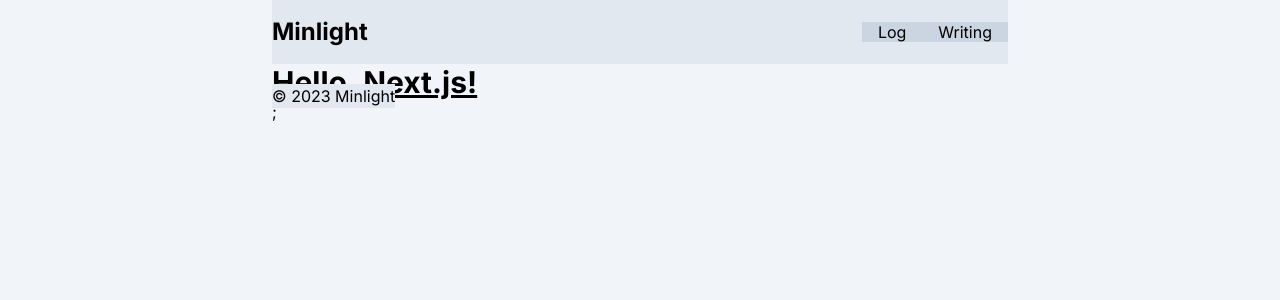
Repository: kwngmin/minlight-log
Page: /
These files come from the project's save history. The page is drawn as it stood at one moment and after the next save; the edit follows.
The browser window is 1280 px wide. The pictures show the whole page.
The project was rebuilt for these pictures with package versions that can differ from the ones it lists, and the page was loaded fresh each time. The framework's server and built-in components were replaced by stand-ins that run in the browser. Also part of the build but not shown: next.config.js.

Above is the page before, as saved 2023-04-04 15:28:30.

### src/app/layout.tsx
import Link from "next/link";
import "./globals.css";
import { Inter } from "next/font/google";
const inter = Inter({ subsets: ["latin"] });

export const metadata = {
  title: {
    default: "Minlight",
    template: "Minlight | %s",
  },
  description: "Minlight log",
};
const navList = [
  { name: "Log", url: "/log" },
  { name: "Writing", url: "/log" },
];
export default function RootLayout({
  children,
}: {
  children: React.ReactNode;
}) {
  return (
    <html lang="en" className={inter.className}>
      <body className="relative flex flex-col max-w-screen-md mx-auto bg-slate-100 px-4">
        <div className="h-16 bg-slate-200 flex items-center justify-between">
          <Link href="/" className="text-2xl font-bold">
            Minlight
          </Link>
          <nav className="">
            {navList.map(({ name, url }) => (
              <Link href={url} key={name} className="px-4 bg-slate-300">
                {name}
              </Link>
            ))}
          </nav>
        </div>
        <main className="grow">{children}</main>
        <div className="bg-slate-200 absolute bottom-4">© 2023 Minlight</div>
      </body>
    </html>
  );
}

### src/app/page.tsx
export default function Home() {
  return (
    <section>
      <h1 className="text-3xl font-bold underline">Hello, Next.js!</h1>;
    </section>
  );
}

### src/app/globals.css
@tailwind base;
@tailwind components;
@tailwind utilities;

* {
  box-sizing: border-box;
  padding: 0;
  margin: 0;
}
/*
:root {
  --max-width: 1100px;
  --border-radius: 12px;
  --font-mono: ui-monospace, Menlo, Monaco, "Cascadia Mono", "Segoe UI Mono",
    "Roboto Mono", "Oxygen Mono", "Ubuntu Monospace", "Source Code Pro",
    "Fira Mono", "Droid Sans Mono", "Courier New", monospace;

  --foreground-rgb: 0, 0, 0;
  --background-start-rgb: 214, 219, 220;
  --background-end-rgb: 255, 255, 255;

  --primary-glow: conic-gradient(
    from 180deg at 50% 50%,
    #16abff33 0deg,
    #0885ff33 55deg,
    #54d6ff33 120deg,
    #0071ff33 160deg,
    transparent 360deg
  );
  --secondary-glow: radial-gradient(
    rgba(255, 255, 255, 1),
    rgba(255, 255, 255, 0)
  );

  --tile-start-rgb: 239, 245, 249;
  --tile-end-rgb: 228, 232, 233;
  --tile-border: conic-gradient(
    #00000080,
    #00000040,
    #00000030,
    #00000020,
    #00000010,
    #00000010,
    #00000080
  );

  --callout-rgb: 238, 240, 241;
  --callout-border-rgb: 172, 175, 176;
  --card-rgb: 180, 185, 188;
  --card-border-rgb: 131, 134, 135;
}

@media (prefers-color-scheme: dark) {
  :root {
    --foreground-rgb: 255, 255, 255;
    --background-start-rgb: 0, 0, 0;
    --background-end-rgb: 0, 0, 0;

    --primary-glow: radial-gradient(rgba(1, 65, 255, 0.4), rgba(1, 65, 255, 0));
    --secondary-glow: linear-gradient(
      to bottom right,
      rgba(1, 65, 255, 0),
      rgba(1, 65, 255, 0),
      rgba(1, 65, 255, 0.3)
    );

    --tile-start-rgb: 2, 13, 46;
    --tile-end-rgb: 2, 5, 19;
    --tile-border: conic-gradient(
      #ffffff80,
      #ffffff40,
      #ffffff30,
      #ffffff20,
      #ffffff10,
      #ffffff10,
      #ffffff80
    );

    --callout-rgb: 20, 20, 20;
    --callout-border-rgb: 108, 108, 108;
    --card-rgb: 100, 100, 100;
    --card-border-rgb: 200, 200, 200;
  }
}

* {
  box-sizing: border-box;
  padding: 0;
  margin: 0;
}

html,
body {
  max-width: 100vw;
  overflow-x: hidden;
}

body {
  color: rgb(var(--foreground-rgb));
  background: linear-gradient(
      to bottom,
      transparent,
      rgb(var(--background-end-rgb))
    )
    rgb(var(--background-start-rgb));
}

a {
  color: inherit;
  text-decoration: none;
}

@media (prefers-color-scheme: dark) {
  html {
    color-scheme: dark;
  }
} */

Loaded but not shown: tailwind.config.js (common file)

After the next save:
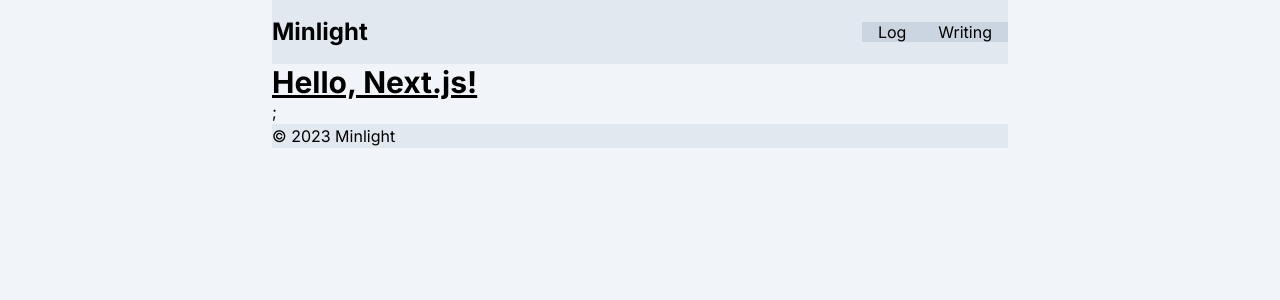
Saved 33 s later.
--- a/src/app/layout.tsx
+++ b/src/app/layout.tsx
@@ -21,7 +21,7 @@ export default function RootLayout({
 }) {
   return (
     <html lang="en" className={inter.className}>
-      <body className="relative flex flex-col max-w-screen-md mx-auto bg-slate-100 px-4">
+      <body className="flex flex-col max-w-screen-md mx-auto bg-slate-100 px-4">
         <div className="h-16 bg-slate-200 flex items-center justify-between">
           <Link href="/" className="text-2xl font-bold">
             Minlight
@@ -35,7 +35,7 @@ export default function RootLayout({
           </nav>
         </div>
         <main className="grow">{children}</main>
-        <div className="bg-slate-200 absolute bottom-4">© 2023 Minlight</div>
+        <div className="bg-slate-200 ">© 2023 Minlight</div>
       </body>
     </html>
   );
